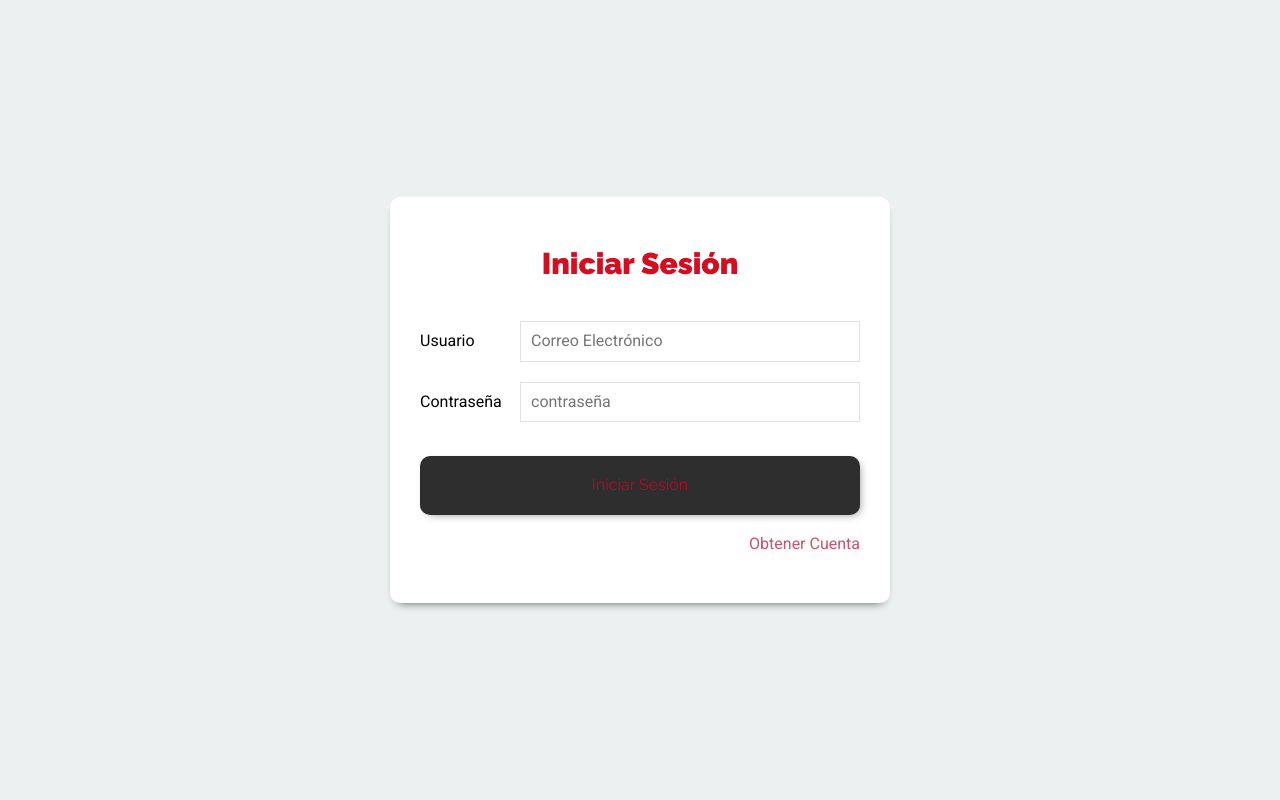
Repository: andrescovarrubias/admin-proyectos
Page: / (app in cliente/)
The author's editor kept a copy of each file at every save. The page is drawn from the files as they stood at one save, then again after the next save.
The browser window is 1280 px wide. The pictures show the whole page.
The pointer rests on the first visible `.btn-primario`.
The project was rebuilt for these pictures with package versions that can differ from the ones it lists, and the page was loaded fresh each time. Also part of the build but not shown: cliente/src/components/auth/NuevaCuenta.jsx, cliente/src/components/proyectos/NuevoProyecto.jsx, cliente/src/components/layout/SideBar.jsx, cliente/src/components/proyectos/Proyectos.jsx.

Above is the page before, as saved 2020-10-31 17:53:58.

### cliente/src/index.css
:root {
  --blanco: #ffffff;
  --blanco2: #fcf7ff;
  --blanco3: #ecf0f1;
  --azul1: #258ea6;
  --morado1: #4d376d;
  --morado2: #861657;
  --azul2: #1b065e;
  --azul3: #2e4052;
  --rojo: #d60d1e;
  --rojo2: #b8082c;
  --rojo3: #b91a2f;
  --headingFont: "Raleway", sans-serif;
  --textFont: "Roboto", sans-serif;
}
*,
*:before,
*:after {
  box-sizing: inherit;
}
html {
  box-sizing: border-box;
  height: 100%;
  font-size: 62.5%;
}
body {
  min-height: 100%;
  background-color: #ecf0f1;
  font-size: 16px;
  font-size: 1.6rem;
  font-family: var(--textFont);
}

h1,
h2 {
  font-family: var(--headingFont);
  font-weight: 900;
  margin: 0 0 4rem 0;
  text-align: center;
  color: var(--rojo);
}
h1 span {
  font-weight: 400;
}
h1 {
  font-size: 3rem;
}
h2 {
  font-size: 2.4rem;
}
ul {
  list-style: none;
  padding: 0;
  margin: 0;
}
a {
  text-decoration: none;
  color: var(--gris2);
}

/** BOTONES **/
.btn {
  margin-top: 2vh;
  font-family: var(--headingFont);
  padding: 20px;
  font-size: 16px;
  border-radius: 10px;
  border: none;
  box-shadow: 3px 3px 10px -4px gray;
  transition: background-color 0.3s ease;
}
.btn:hover {
  cursor: pointer;
}
.btn-primario {
  background-color: var(--blanco);
  color: var(--rojo);
}
.btn-primario:hover {
  background: rgb(46, 46, 46);
  color: var(--rojo2);
}
.btn-secundario {
  background-color: var(--rojo2);
}
.btn-block {
  display: block;
  width: 100%;
}
.btn-submit:hover {
  background-color: #b91a2f;
}
.btn-blank {
  margin: 0;
  padding: 0;
  display: block;
  background-color: transparent;
}

@media (min-width: 768px) {
  .contenedor-app {
    display: flex;
    min-height: 100vh;
  }

  aside {
    background-color: var(--blanco);
    flex: 0 0 300px;
  }
  .seccion-principal {
    flex: 1;
  }
}

/* BARRA LATERAL */
aside {
  padding: 3rem;
}

.formulario-nuevo-proyecto {
  margin-top: 6rem;
}
.formulario-nuevo-proyecto .input-text {
  border-bottom: 1px solid var(--gris2);
  border-radius: 0;
  background-color: var(--gris1);
}
.formulario-nuevo-proyecto .input-text::placeholder {
  color: var(--gris2);
}
.proyectos {
  margin-top: 5vh;
}
.listado-proyectos li {
  margin-bottom: 2rem;
}
.listado-proyectos li a {
  font-size: 1.4rem;
  color: var(--gris2);
  line-height: 1.5;
  font-weight: 300;
}
.app-header {
  display: flex;
  justify-content: space-between;
  background-color: var(--gris2);
  padding: 4rem;
}
.nombre-usuario {
  color: var(--blanco);
  font-size: 2.2rem;
  margin: 0;
}
.nombre-usuario span {
  font-weight: 900;
}
.nav-principal a {
  color: var(--blanco);
  text-decoration: none;
}
.nav-principal a:first-of-type {
  margin-right: 2rem;
}

/** Formulario crear y editar tareas **/
.formulario {
  background-color: var(--gris3);
  padding: 4rem;
}
.formulario form {
  max-width: 600px;
  margin: 0 auto;
}
.contenedor-input {
  display: flex;
}
.contenedor-input label {
  margin-bottom: 1rem;
  color: var(--blanco);
}
.input-text {
  padding: 1rem;
  border: none;
  border-radius: 0.5rem;
  flex: 1;
  width: 100%;
}

/** TAREAS LISTADO **/
.contenedor-tareas {
  padding: 4rem;
}

.listado-tareas {
  max-width: 600px;
  margin: 0 auto;
}

.tarea {
  display: flex;
  justify-content: space-between;
  background-color: var(--blanco);
  padding: 0.5rem 2rem;
  align-items: center;
  margin-bottom: 1rem;
  border-radius: 0.5rem;
}
.sombra {
  -webkit-box-shadow: 0px 4px 10px -3px rgba(117, 117, 117, 1);
  -moz-box-shadow: 0px 4px 10px -3px rgba(117, 117, 117, 1);
  box-shadow: 0px 4px 10px -3px rgba(117, 117, 117, 1);
}
.sombra-dark {
  -webkit-box-shadow: 0px 6px 11px -8px rgba(0, 0, 0, 0.9);
  -moz-box-shadow: 0px 6px 11px -8px rgba(0, 0, 0, 0.9);
  box-shadow: 0px 6px 11px -8px rgba(0, 0, 0, 0.9);
}
.tarea .acciones .btn:first-of-type {
  margin-right: 1rem;
}
.tarea p {
  font-size: 1.6rem;
  flex: 1;
  padding-right: 2rem;
}
.tarea .btn {
  padding: 0.8rem;
  font-size: 1.4rem;
  border-radius: 0;
  margin: 0;
}

.estado {
  margin-right: 1rem;
}
.estado button,
.mensaje {
  font-weight: 900;
  font-family: var(--textFont);
  font-size: 1rem;
  padding: 0.5rem;
  border-radius: 0.5rem;
  cursor: pointer;
  border: none;
}
.mensaje {
  text-align: center;
  font-size: 1.6rem;
  border-radius: 0;
}
.mensaje:hover {
  cursor: default;
}
.completo,
.correcto {
  background-color: rgba(154, 252, 154, 0.3);
  color: var(--gris3);
}
.incompleto {
  background-color: rgba(255, 178, 178, 0.4);
  color: var(--gris3);
}
.error {
  max-width: 600px;
  margin: 2rem auto 0 auto;
  background-color: rgb(170, 0, 0);
  color: var(--blanco);
}

.tarea-enter,
.proyecto-enter {
  opacity: 0;
}
.tarea-enter-active,
.proyecto-enter-active {
  opacity: 1;
  transition: opacity 200ms;
}
.tarea-exit,
.proyecto-exit {
  opacity: 1;
}
.tarea-exit-active,
.proyecto-exit-active {
  opacity: 0;
  transition: opacity 200ms;
}

.form-usuario {
  height: 100vh;
  min-height: 800px;
  display: flex;
  align-items: center;
  justify-content: center;
}

.contenedor-form {
  padding: 5rem 3rem;
  max-width: 500px;
  width: 95%;
  background-color: var(--blanco);
  border-radius: 1rem;
}
.contenedor-form h1 {
  color: var(--rojo);
}

.campo-form {
  display: flex;
  margin-bottom: 2rem;
  align-items: center;
}
.campo-form:last-of-type {
  margin: 0;
}
.campo-form label {
  flex: 0 0 100px;
  font-family: var(--textFont);
}
.campo-form input[type="password"],
.campo-form input[type="email"],
.campo-form input[type="text"] {
  border: 1px solid #e1e1e1;
  padding: 1rem;
  flex: 1;
}

.enlace-cuenta {
  margin-top: 2rem;
  display: block;
  opacity: 0.7;
  float: right;
  color: var(--rojo2);
}
.enlace-cuenta:hover {
  text-decoration: underline var(--rojo);
}

.alerta {
  position: fixed;
  top: 0;
  left: 0;
  padding: 1rem 3rem;
  border-radius: 1rem;
  font-family: var(--headingFont);
  font-weight: 600;
  text-transform: uppercase;
  font-size: 2.2rem;
  text-align: center;
  width: 100%;
}
@media (min-width: 768px) {
  .alerta {
    width: auto;
    top: 30px;
    right: 10px;
    left: auto;
  }
}

.alerta-ok {
  background-color: rgb(109, 211, 109);
  color: rgb(2, 103, 2);
}
.alerta-error {
  background-color: rgb(230, 78, 78);
  color: var(--blanco);
}

### cliente/src/App.js
import React, {Fragment, useState, useEffect, useContext} from 'react';
import Login from './components/auth/Login';
import NuevaCuenta from './components/auth/NuevaCuenta';
import Proyectos from './components/proyectos/Proyectos';

import {BrowserRouter as Router, Switch, Route} from 'react-router-dom';


function App() {
  return (
    <Router>
      <Switch>
        <Route exact path='/' component = {Login} />
        <Route exact path='/nueva-cuenta' component = {NuevaCuenta} />
        <Route exact path='/proyectos' component = {Proyectos} />
      </Switch>
    </Router>
  );
}

export default App;

### cliente/src/components/auth/Login.jsx
import React, { useState } from 'react';
import {Link} from 'react-router-dom';


const Login = () => {

     // state para iniciar sesion
     const [usuario, guardarUsuario] = useState ({
          email:'',
          password:''
     });

     // extraer el usuario
     const {email, password} = usuario;

     const onChange = e => {
          guardarUsuario({
               ...usuario,
               [e.target.name] : e.target.value
          })
     }


     // cuando el usuario quiere iniciar sesion
     const onSubmit = e => {
          e.preventDefault();

          // validar que no haya campos vacios

          // contraseña minimo de 6 caracteres

          // contraseña iguales

          // pasarlo al action

     }

     return (
          <div className="form-usuario">
               <div className="contenedor-form sombra-dark">
                    <h1>Iniciar Sesión</h1>
                    <form
                         onSubmit = {onSubmit}
                    >
                         <div className="campo-form">
                              <label htmlFor="email">Usuario</label>
                              <input
                                   type="email"
                                   id="email"
                                   name="email"
                                   placeholder="Correo Electrónico"
                                   autocomplete="off"
                                   required
                                   value={email}
                                   onChange={onChange}
                              />
                         </div>
                         <div className="campo-form">
                              <label htmlFor="password">Contraseña</label>
                              <input
                                   type="password"
                                   id="password"
                                   name="password"
                                   placeholder="contraseña"
                                   autocomplete="off"
                                   value={password}
                                   required
                                   onChange={onChange}
                              />
                         </div>

                         <div className="campo-form">
                              <input type="submit" className=" btn btn-primario btn-block" value="Iniciar Sesión"/>
                         </div>
                    </form>
                    <Link to={'/nueva-cuenta'} className="enlace-cuenta">
                         Obtener Cuenta
                    </Link>
               </div>
          </div>
      );
}

export default Login;

Loaded but not shown: cliente/public/index.html (common file); cliente/src/index.js (common file); cliente/src/reportWebVitals.js (common file); cliente/public/manifest.json (common file)

After the next save:
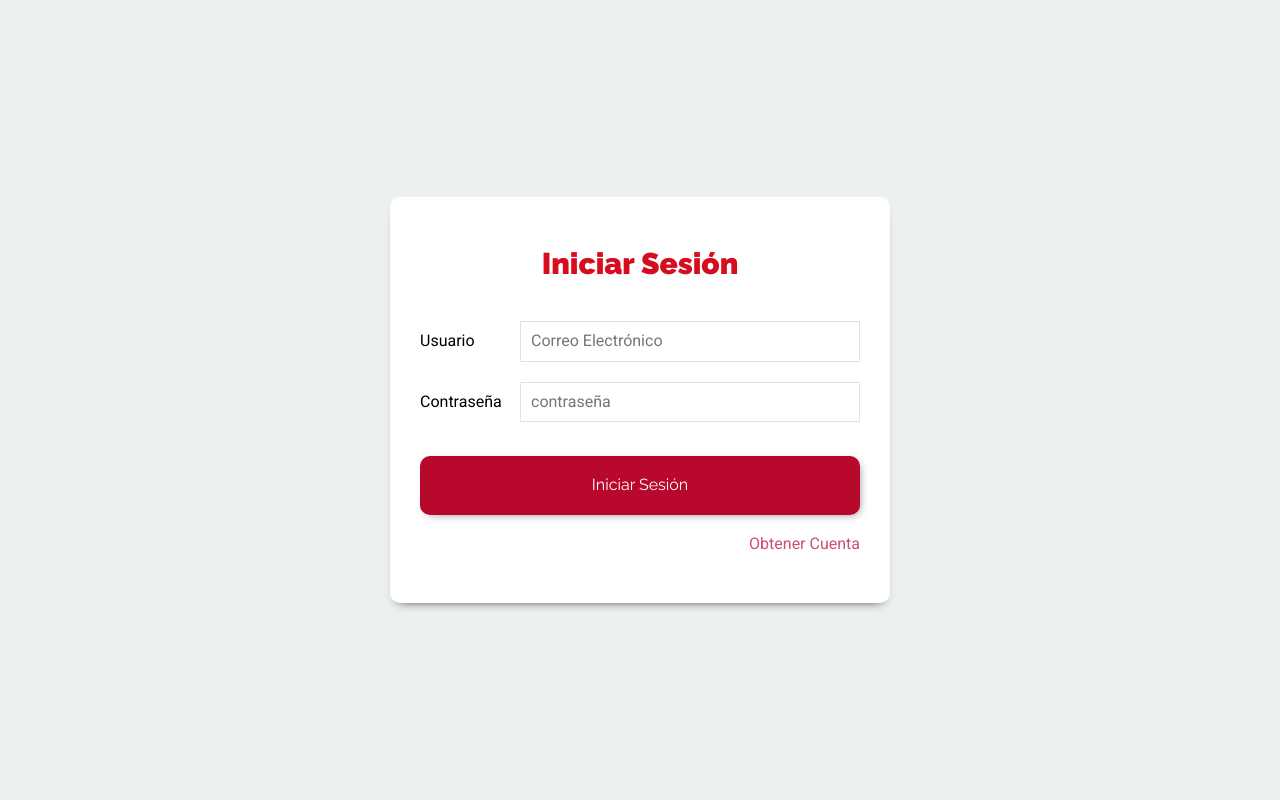
Saved 14 s later.
--- a/cliente/src/index.css
+++ b/cliente/src/index.css
@@ -77,8 +77,8 @@ a {
   color: var(--rojo);
 }
 .btn-primario:hover {
-  background: rgb(46, 46, 46);
-  color: var(--rojo2);
+  background: var(--rojo2);
+  color: var(--blanco);
 }
 .btn-secundario {
   background-color: var(--rojo2);
